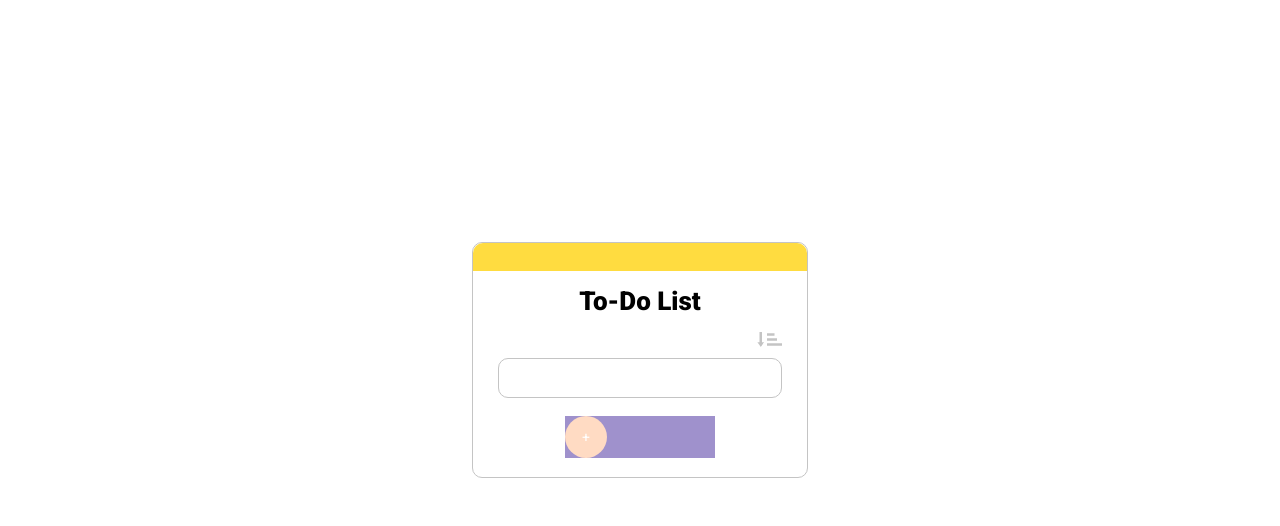
Repository: PoladEziz/Task-15
Page: index.html
These files come from the project's save history. The page is drawn as it stood at one moment and after a run of saves; the edit follows.
The browser window is 1280 px wide. The pictures show the whole page.
The style sheet was rebuilt from its Sass, Less or Tailwind sources for each picture, by a compiler version that may differ from the author's.

Above is the page before, as saved 2023-08-10 15:36:06.

### index.html
<!DOCTYPE html>
<html lang="en">
<head>
    <meta charset="UTF-8">
    <meta name="viewport" content="width=device-width, initial-scale=1.0">
    <title>Document</title>
    <link rel="stylesheet" href="./index.css">
</head>
<body>
    <div class="main">
        <div class="box">
            <div class="box-top"></div>
            <div class="box-bottom">
                <h1>To-Do List</h1>
                <form action=""></form>
                <img src="./img/Group 38 (1).png" alt="">
                <input type="text">
                <button><div>+</div><p>Добавить</p></button>
            </div>
        </div>
    </div>

</body>
<script src="./index.js"></script>
</html>

### index.scss
@import url("https://fonts.googleapis.com/css2?family=Roboto:wght@400;900&display=swap");
* {
  margin: 0;
  padding: 0;
  box-sizing: border-box;
}
.main {
  width: 100%;
  height: 100vh;
  display: flex;
  align-items: center;
  justify-content: center;
  .box {
    width: 336px;
    min-height: 236px;
    border-radius: 10px;
    border: 1px solid #c4c4c4;
    background: rgba(196, 196, 196, 0);
    .box-top {
      width: 100%;
      height: 28px;
      background-color: #ffdc40;
      border-top-left-radius: 10px;
      border-top-right-radius: 10px;
    }
    .box-bottom {
      width: 100%;
      height: 100%;
      padding: 15px 25px;
      display: flex;
      flex-direction: column;
      align-items: center;
      h1 {
        margin-bottom: 16px;
        color: #000;
        text-align: center;
        font-family: Roboto;
        font-size: 26px;
        font-style: normal;
        font-weight: 900;
        line-height: normal;
        text-transform: capitalize;
      }
      img {
        width: 25px;
        height: 15px;
        margin-left: auto;
        margin-bottom: 11px;
      }
      input {
        width: 100%;
        height: 40px;
        margin-bottom: 18px;
        border-radius: 10px;
        border: 1px solid #c4c4c4;
        background: rgba(196, 196, 196, 0);
        color: #000;
        font-family: Roboto;
        font-size: 14px;
        font-style: normal;
        font-weight: 400;
        line-height: normal;
      }
      button {
        width: 150px;
        height: 42px;
        background-color: #9f91cc;
        border: none;
        p {
          color: #fff;
          text-align: center;
          font-family: Roboto;
          font-size: 14px;
          font-style: normal;
          font-weight: 400;
          line-height: normal;
        }
        div {
          width: 42px;
          height: 42px;
          border-radius: 50%;
          background-color: #ffdbc3;
          display: flex;
          align-items: center;
          justify-content: center;
          color: #fff;
          text-align: center;
          font-family: Roboto;
          font-size: 14px;
          font-style: normal;
          font-weight: 400;
          line-height: normal;
        }
      }
    }
  }
}

Loaded but not shown: index.js (no stored copy; drawn as an empty file)

After the next 3 saves:
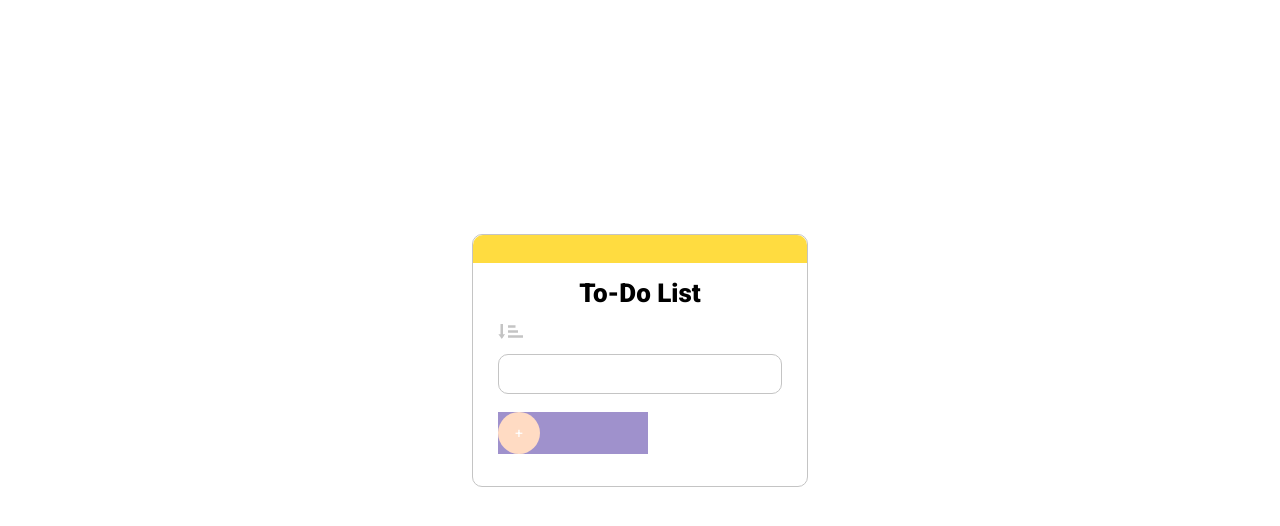
The 3 saves are shown as one change because they came seconds apart.
The last was saved 15 s later.
--- a/index.html
+++ b/index.html
@@ -12,10 +12,12 @@
             <div class="box-top"></div>
             <div class="box-bottom">
                 <h1>To-Do List</h1>
-                <form action=""></form>
-                <img src="./img/Group 38 (1).png" alt="">
-                <input type="text">
-                <button><div>+</div><p>Добавить</p></button>
+                <form action="">
+                    <img src="./img/Group 38 (1).png" alt="">
+                    <input type="text">
+                    <button><div>+</div><p>Добавить</p></button>
+                </form>
+
             </div>
         </div>
     </div>
